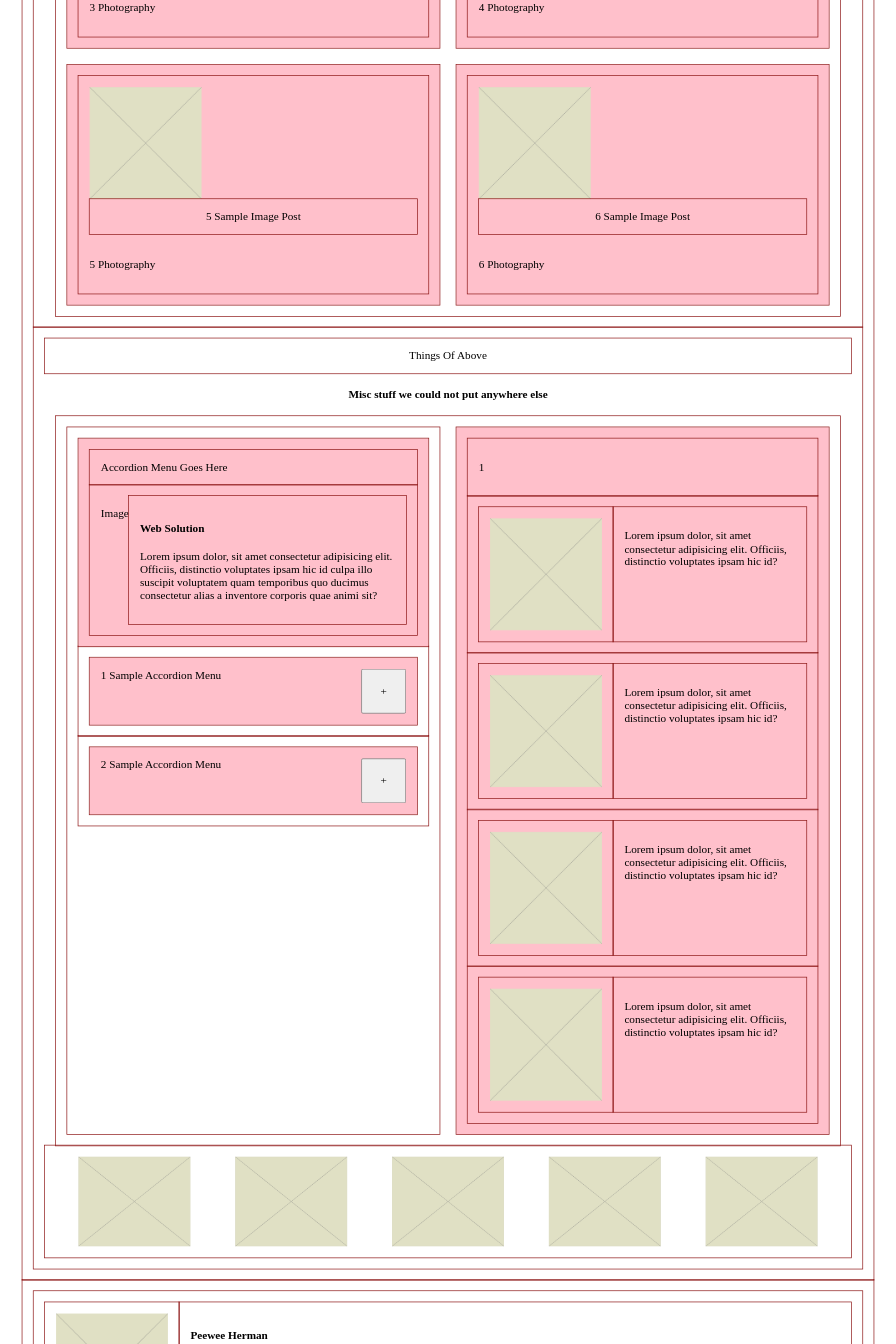
Repository: kionale/Project1_Lab3_ResponsiveLayout
Page: index.html
These files come from the project's save history. The page is drawn as it stood at one moment and after the next save; the edit follows.
The browser window is 1280 px wide. The pictures show the part of the page from y = 3309 to 5229 px (the page is 6789 px tall), at 70% of full size.

Above is the page before, as saved 2023-01-31 17:09:44.

After the next save:
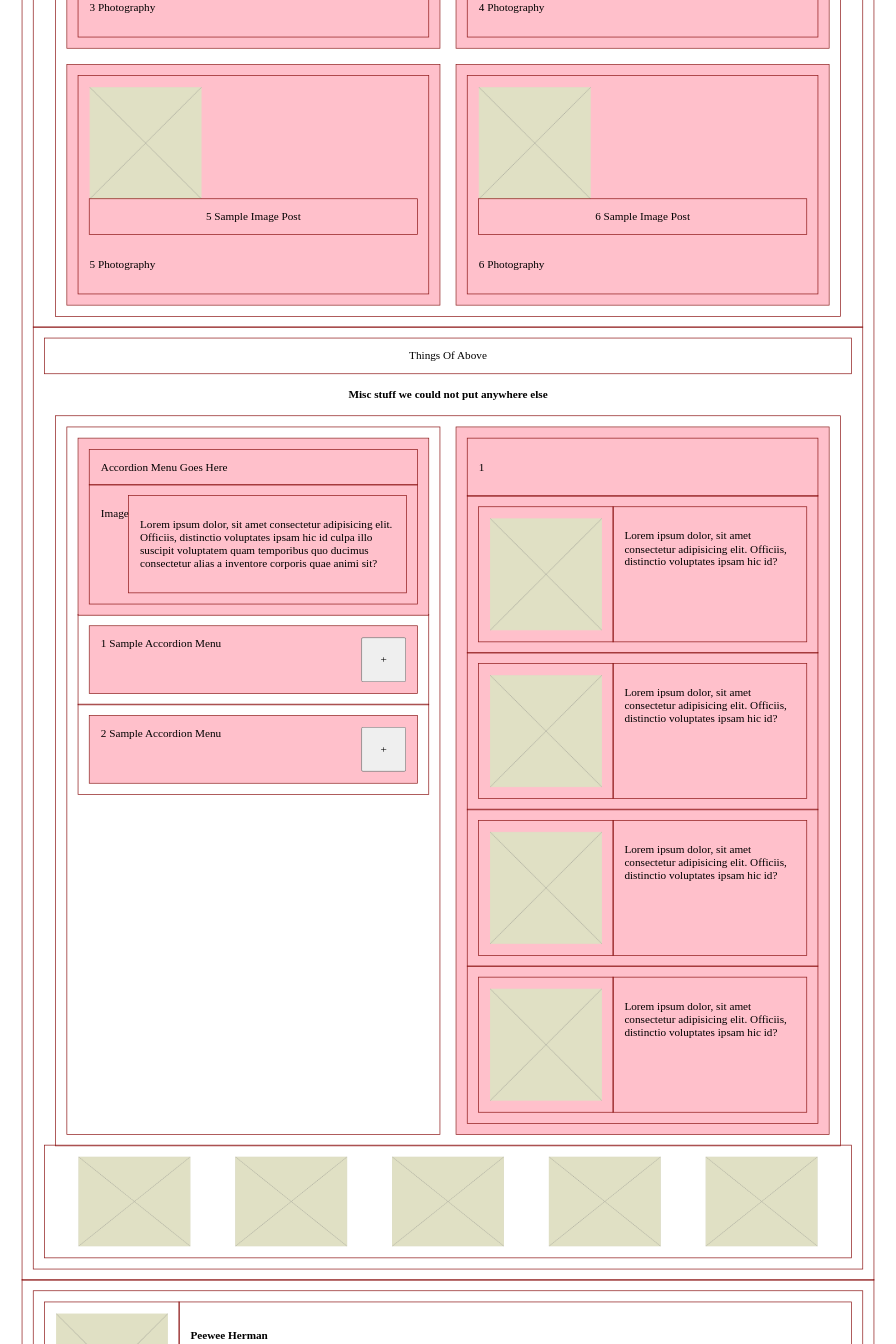
Saved 7 s later.
--- a/index.html
+++ b/index.html
@@ -204,9 +204,8 @@
             <div class="sample__menu things_above_image">Accordion Menu Goes Here
             </div>
             <div class="web__solution">
-<p>Image</p>
+              <p>Image</p>
               <div>
-                <h4>Web Solution</h4>
                 <p>Lorem ipsum dolor, sit amet consectetur adipisicing elit. Officiis, distinctio voluptates ipsam hic
                   id
                   culpa illo suscipit voluptatem quam temporibus quo ducimus consectetur alias a inventore corporis quae
@@ -227,7 +226,7 @@
         </div>
         <div class="col">
           <div class="tab__buttons">
-           <p>1</p>
+            <p>1</p>
           </div>
           <div class="tab__information">
             <div>
